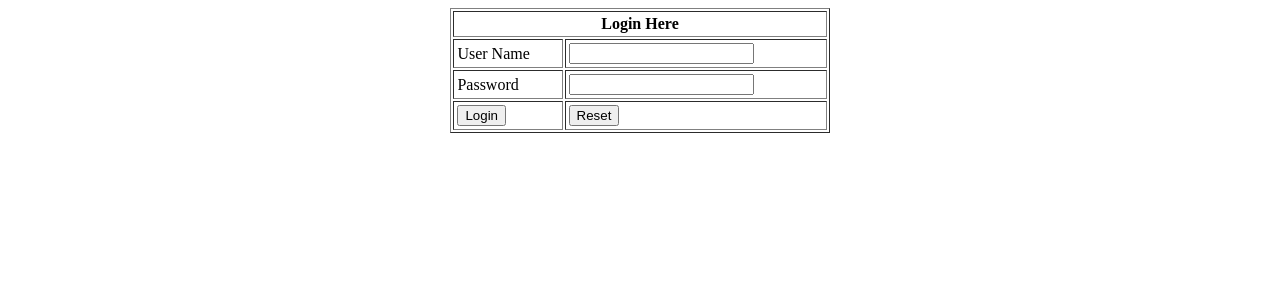
Repository: balu-sadanandan/demo-Shopping-cart-application
Page: http://localhost/shopping-cart/
These files come from the project's save history. The page is drawn as it stood at one moment and after the next save; the edit follows.
The browser window is 1280 px wide. The pictures show the whole page.
The page is served by Tomcat 9. Other server files are loaded and not shown.

Above is the page before, as saved 2017-09-15 12:42:53.

### shopping-cart/WebContent/login1.jsp
<%@page contentType="text/html" pageEncoding="UTF-8"%>
<!DOCTYPE html>
<html>
    <head>
        <meta http-equiv="Content-Type" content="text/html; charset=UTF-8">
        <title>Login</title>
    </head>
    <body>
        <form method="post" action="login">
            <center>
            <table border="1" width="30%" cellpadding="3">
                <thead>
                    <tr>
                        <th colspan="2">Login Here</th>
                    </tr>
                </thead>
                <tbody>
                    <tr>
                        <td>User Name</td>
                        <td><input type="text" name="uname" value="" /></td>
                    </tr>
                    <tr>
                        <td>Password</td>
                        <td><input type="password" name="pass" value="" /></td>
                    </tr>
                    <tr>
                        <td><input type="submit" value="Login" /></td>
                        <td><input type="reset" value="Reset" /></td>
                    </tr>

                </tbody>
            </table>
            </center>
        </form>
    </body>
</html>

### shopping-cart/src/cart/Controller.java
package cart;


import java.io.IOException;

import javax.servlet.*;
import javax.servlet.annotation.WebServlet;
import javax.servlet.http.HttpServlet;
import javax.servlet.http.HttpServletRequest;
import javax.servlet.http.HttpServletResponse;
import javax.servlet.http.HttpSession;
import java.sql.*;
import java.util.*;
/**
 * Servlet implementation class Controller
 */
@WebServlet("//*")
public class Controller extends HttpServlet {
	private static final long serialVersionUID = 1L;
    protected Cartdao udao;
    protected Pdao pdao;
    /**
     * @see HttpServlet#HttpServlet()
     */
    public Controller() {
        super();
        // TODO Auto-generated constructor stub
    }
    public void init(ServletConfig config) throws ServletException {
		// TODO Auto-generated method stub
		 udao= new Cartdao("jdbc:mysql://localhost:3306/shopcart","root","1234");
		 pdao= new Pdao("jdbc:mysql://localhost:3306/shopcart","root","1234");

		 System.out.println("init");

	}
	/**
	 * @see HttpServlet#doGet(HttpServletRequest request, HttpServletResponse response)
	 */
	protected void doGet(HttpServletRequest request, HttpServletResponse response) throws ServletException, IOException {
		// TODO Auto-generated method stub
		response.getWriter().append("Served at: ").append(request.getContextPath());
		System.out.println("in servlet now");
		String action = request.getServletPath();
		System.out.println("printing action");
		System.out.println(action);
		HttpSession session=request.getSession();
		//session.setMaxInactiveInterval(120);
		if(session.isNew())
		{
			System.out.println("new");
			session.setAttribute("login", "invalid");
			RequestDispatcher dispatcher = request.getRequestDispatcher("login1.jsp");
	        dispatcher.forward(request, response);
	        return;
		}
		if(action.equals("/login")){
			validate(request,response);
		}

		if((session.getAttribute("login").equals("user")))
		{// the switch case should be here
			System.out.println("inside user page");
			try{
			switch(action){
			case "/logout":
            	session.invalidate();
            	session=request.getSession();
    	    	session.setAttribute("login", "invalid");
              	RequestDispatcher dispatcher = request.getRequestDispatcher("login1.jsp");
    	        dispatcher.forward(request, response);
            	break;
			default:listProducts(request, response);
			}

			}
			catch (Exception e) {
				// TODO: handle exception
				e.printStackTrace();
				System.out.println("somthing went wrong!--user");
			}
		}

		else if((session.getAttribute("login").equals("admin")))
		{// the switch case should be here
			System.out.println("inside admin page");
			try{
			switch(action){
			case "/logout":
            	session.invalidate();
            	session=request.getSession();
    	    	session.setAttribute("login", "invalid");
              	RequestDispatcher dispatcher = request.getRequestDispatcher("login1.jsp");
    	        dispatcher.forward(request, response);
            	break;
			case "/new":
				showNewForm(request, response);
				break;
			case "/edit":
				showEditForm(request, response);
				break;
			case "/insert":
				insertUser(request, response);
				break;
			case "/update":
				updateUser(request, response);
				break;
			case "/delete":
				deleteUser(request, response);
				break;



			default:
				listUsers(request, response);

			}
			}
			catch (Exception e) {
				// TODO: handle exception
				e.printStackTrace();
				System.out.println("somthing went wrong!");
			}



		}
		//if session is old and admin is not validated
		else {
    		System.out.println("nice try");
    		RequestDispatcher dispatch = request.getRequestDispatcher("login1.jsp");
	        dispatch.forward(request, response);
	        return;
    	}





	}

	/**
	 * @see HttpServlet#doPost(HttpServletRequest request, HttpServletResponse response)
	 */
	protected void doPost(HttpServletRequest request, HttpServletResponse response) throws ServletException, IOException {
		// TODO Auto-generated method stub
		doGet(request, response);
	}
	private void validate(HttpServletRequest request, HttpServletResponse response) throws IOException, ServletException
	{
		System.out.println(request.getParameter("uname"));
		String uname=request.getParameter("uname");
		String pwd=request.getParameter("pass");
		if((uname.equals("admin")))
		{
			HttpSession session= request.getSession();
			session.setAttribute("login", "admin");
			System.out.println("login is valid");
		}

		else {
			try{
				List<User> uList = udao.listAll();
				Iterator itr =uList.iterator();
				while(itr.hasNext())
				{
					User uit =(User) itr.next();
					System.out.println(uit.getName());
					if((uname.equals(uit.getName()))&&(pwd.equals(uit.getPwd())))
							{
								System.out.println("user validated");
								HttpSession session= request.getSession();
								session.setAttribute("login", "user");
							}
				}
				HttpSession session= request.getSession();
				if(!session.getAttribute("login").equals("user")){
					System.out.println("wrong data");
					RequestDispatcher dispatcher = request.getRequestDispatcher("login2.jsp");
			        dispatcher.forward(request, response);
				}

			}
			catch (Exception e) {
				// TODO: handle exception
				System.out.println("couldnt fetch userlist to validate login");
			}
//
//			System.out.println("wrong data");
//			RequestDispatcher dispatcher = request.getRequestDispatcher("login2.jsp");
//	        dispatcher.forward(request, response);
		}


	}
	private void listUsers(HttpServletRequest request, HttpServletResponse response) throws SQLException, ServletException, IOException{
		 List<User> uList = udao.listAll();
		 System.out.println("got sql data");
	        request.setAttribute("userlist",uList);
	        RequestDispatcher dispatcher = request.getRequestDispatcher("userlist.jsp");
	        dispatcher.forward(request, response);
	        return;


	}
	private void showEditForm(HttpServletRequest request, HttpServletResponse response)
            throws SQLException, ServletException, IOException {
        int id = Integer.parseInt(request.getParameter("id"));
        User u= udao.getUser(id);
        RequestDispatcher dispatcher = request.getRequestDispatcher("form.jsp");
        request.setAttribute("user", u);
        dispatcher.forward(request, response);
        return;

    }
	private void showNewForm(HttpServletRequest request, HttpServletResponse response)
            throws ServletException, IOException {
	 System.out.println("new form");
        RequestDispatcher dispatcher = request.getRequestDispatcher("/form.jsp");
        dispatcher.forward(request, response);
        return;
    }

	 private void insertUser(HttpServletRequest request, HttpServletResponse response)
	            throws SQLException, IOException, ServletException {

	        String name = request.getParameter("name");
	        String pwd = request.getParameter("pwd");
	        String mid = request.getParameter("mid");
	        User u= new User(name, pwd, mid);
	        udao.addUser(u);
	        response.sendRedirect("list");
	        return;
	    }

	 private void updateUser(HttpServletRequest request, HttpServletResponse response)
	            throws SQLException, IOException, ServletException {
	        int id = Integer.parseInt(request.getParameter("id"));
	        String name = request.getParameter("name");
	        String pwd = request.getParameter("pwd");
	        String mid = request.getParameter("mid");
	        User u =new User(id, name, pwd, mid);
	          if(  udao.updateUser(u))
	    	  System.out.println("update success");
	      else
	    	  System.out.println("some thing went wrong");
	        System.out.println("udating sql database");
	        response.sendRedirect("list");
	        return;
	    }
	 private void deleteUser(HttpServletRequest request, HttpServletResponse response)
	            throws SQLException, IOException {
	        int id = Integer.parseInt(request.getParameter("id"));
	        User u=new User(id);
	        udao.deleteUser(u);
	        response.sendRedirect("list");
	        return;
	 }
	 private void listProducts(HttpServletRequest request, HttpServletResponse response) throws SQLException, ServletException, IOException{
		 List<Prod> pList = pdao.listAll();
		 System.out.println("got sql data for products");
	        request.setAttribute("pList",pList);
	        RequestDispatcher dispatcher = request.getRequestDispatcher("prodcat.jsp");
	        dispatcher.forward(request, response);
	        return;


	}

}

After the next save:
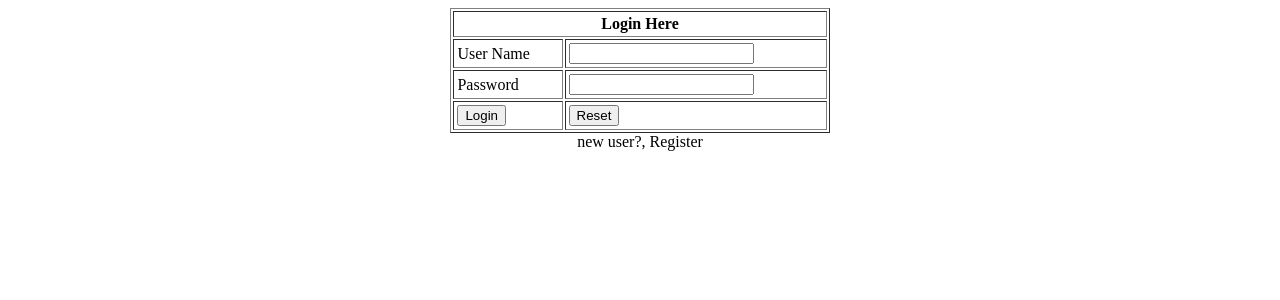
Saved 9 s later.
--- a/shopping-cart/WebContent/login1.jsp
+++ b/shopping-cart/WebContent/login1.jsp
@@ -30,6 +30,7 @@
 
                 </tbody>
             </table>
+            <td colspan="2">new user?, Register</td>
             </center>
         </form>
     </body>
